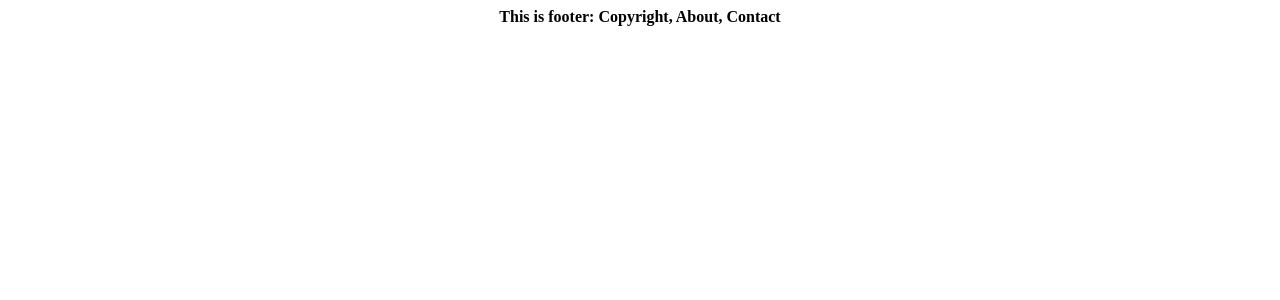
Repository: janvi2502/BookStore
Page: http://localhost/BookStoreWebsite/frontend/footer.jsp
These files come from the project's save history. The page is drawn as it stood at one moment and after the next save; the edit follows.
The browser window is 1280 px wide. The pictures show the whole page.
The page is served by Tomcat 10.

Above is the page before, as saved 2023-10-19 08:20:28.

After the next save:
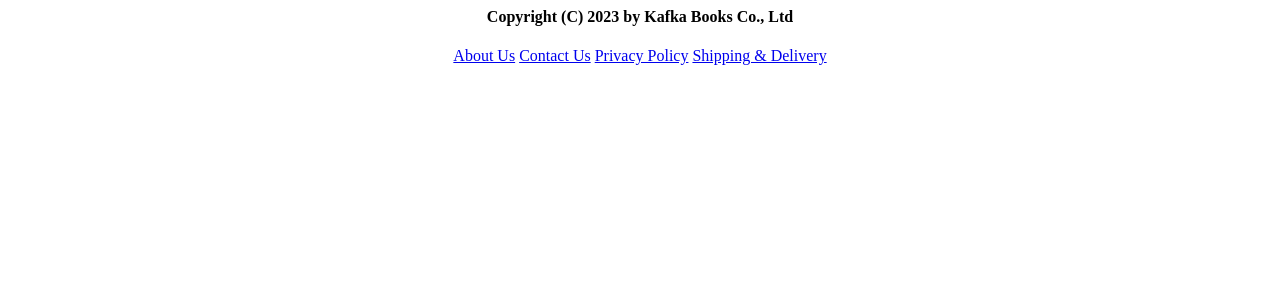
Saved 7 min 44 s later.
--- a/BookStoreWebsite/WebContent/frontend/footer.jsp
+++ b/BookStoreWebsite/WebContent/frontend/footer.jsp
@@ -1,3 +1,7 @@
 <div align="center">
-		<h4>This is footer: Copyright, About, Contact</h4>
+		<h4>Copyright (C) 2023 by Kafka Books Co., Ltd</h4>
+		<a href="about">About Us</a>
+		<a href="contact">Contact Us</a>
+		<a href="policy">Privacy Policy</a>
+		<a href="shipping">Shipping & Delivery</a>
 </div>
